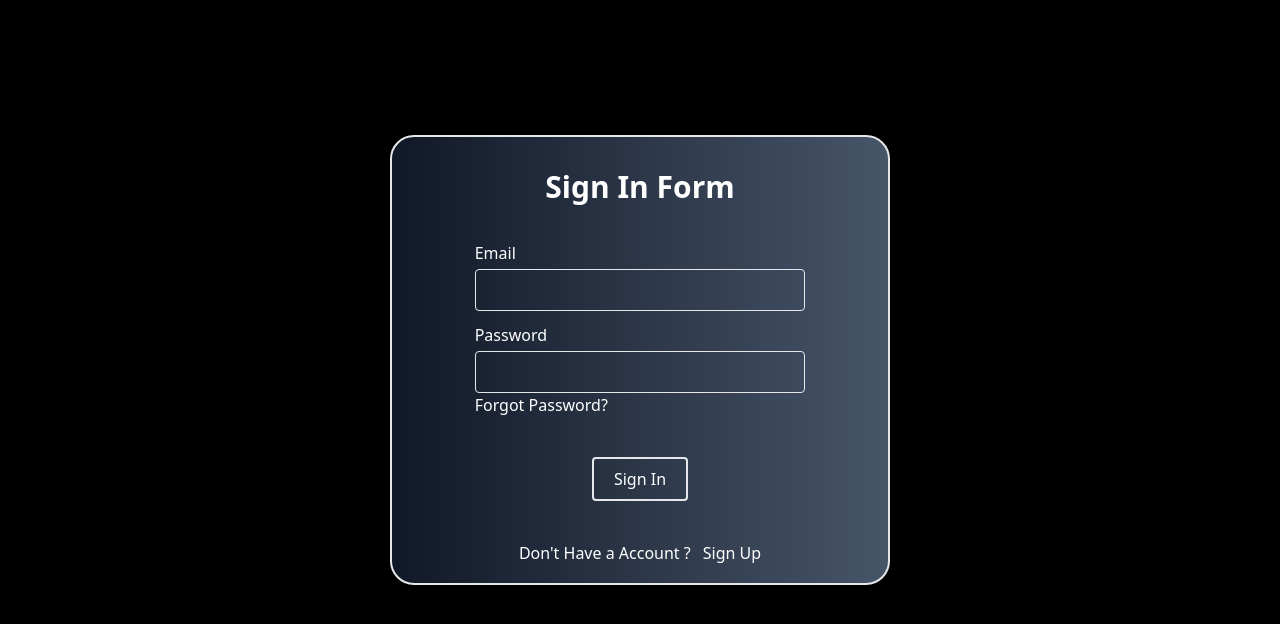
Repository: OmkarTidke8080/Assessment
Page: /sign-in (app in frontend/)
These files come from the project's save history. The page is drawn as it stood at one moment and after a run of saves; the edit follows.
The browser window is 1280 px wide. The pictures show the whole page.
The project was rebuilt for these pictures with package versions that can differ from the ones it lists, and the page was loaded fresh each time. Also part of the build but not shown: frontend/vite.config.js, frontend/src/components/HomePage.jsx, frontend/src/components/SignUp.jsx.

Above is the page before, as saved 2024-10-19 22:38:57.

### frontend/src/App.jsx
import { useEffect, useState } from "react";
import "./App.css";
import LandingPage from "./components/HomePage.jsx";
import SignUp from "./components/SignUp.jsx";
import { BrowserRouter, Routes, Route } from "react-router-dom";
import ScaleLoader from "react-spinners/ScaleLoader";
import SignIn from "./components/SignIn.jsx";

function App() {
  const [isLoading, setIsLoading] = useState(true);

  useEffect(() => {
    const timer = setTimeout(() => {
      setIsLoading(false);
    }, 2000);

    return () => clearTimeout(timer);
  });
  return (
    <>
      {isLoading ? (
        <div
          style={{
            display: "flex",
            justifyContent: "center",
            alignItems: "center",
            height: "100vh",
            backgroundColor: "#fff",
          }}
        >
          {" "}
          <ScaleLoader />
        </div>
      ) : (
        <BrowserRouter>
          <Routes>
            <Route path={"/"} element={<LandingPage />} />
            <Route path={"/sign-up"} element={<SignUp />} />
            <Route path={"/sign-in"} element={<SignIn />} />
          </Routes>
        </BrowserRouter>
      )}
    </>
  );
}

export default App;

### frontend/src/App.css
html, body {
  height: 100%;
  margin: 0;
}

#root {
  background: #000;
  min-height: 100vh; /* Use 100vh for full viewport height */
}

### frontend/src/components/SignIn.jsx
import React from "react";
import { useNavigate } from "react-router-dom";

function SignIn() {
  const navigate = useNavigate();

  return (
    <div className="flex justify-center items-center h-screen">
      <div className="form h-[450px] w-[500px] border-2 rounded-3xl text-white  bg-gradient-to-r from-gray-900 to-slate-600 ">
        <div className="form-heading text-center mt-8 mb-6">
          <h1 className="text-3xl font-bold text-white mb-2">Sign In Form</h1>
        </div>
        <form>
          <div className="flex justify-center">
            <div className="w-2/3">
              <div className="mt-3 w-full">
                <label htmlFor="email" className=" flex mb-1">
                  Email
                </label>
                <input
                  type="text"
                  id="email"
                  className="text-white bg-inherit w-full flex border rounded p-2"
                  required
                />
              </div>

              <div className="mt-3 w-full">
                <label htmlFor="username" className=" flex mb-1">
                  Password
                </label>
                <input
                  type="text"
                  id="FistName"
                  className="text-white bg-inherit w-full flex border rounded p-2"
                  required
                />
              </div>
              <div className="forgot-password">
                <button >
                   Forgot Password?
                </button>
              </div>
            </div>
          </div>

          <div className="sign-up-button flex justify-center m-10">
            <button className="border-2 rounded p-2 w-24 hover:border-green-700 ">
              Sign In
            </button>
          </div>
          <div className="AlreadyAccount flex justify-center gap-x-3">
            <h2>Don't Have a Account ?</h2>
            <button
              onClick={() => {
                navigate("/sign-up");
              }}
            >
              Sign Up
            </button>
          </div>
        </form>
      </div>
    </div>
  );
}

export default SignIn;

Loaded but not shown: frontend/index.html (common file); frontend/src/main.jsx (common file); frontend/src/index.css (common file); frontend/tailwind.config.js (common file)

After the next 3 saves:
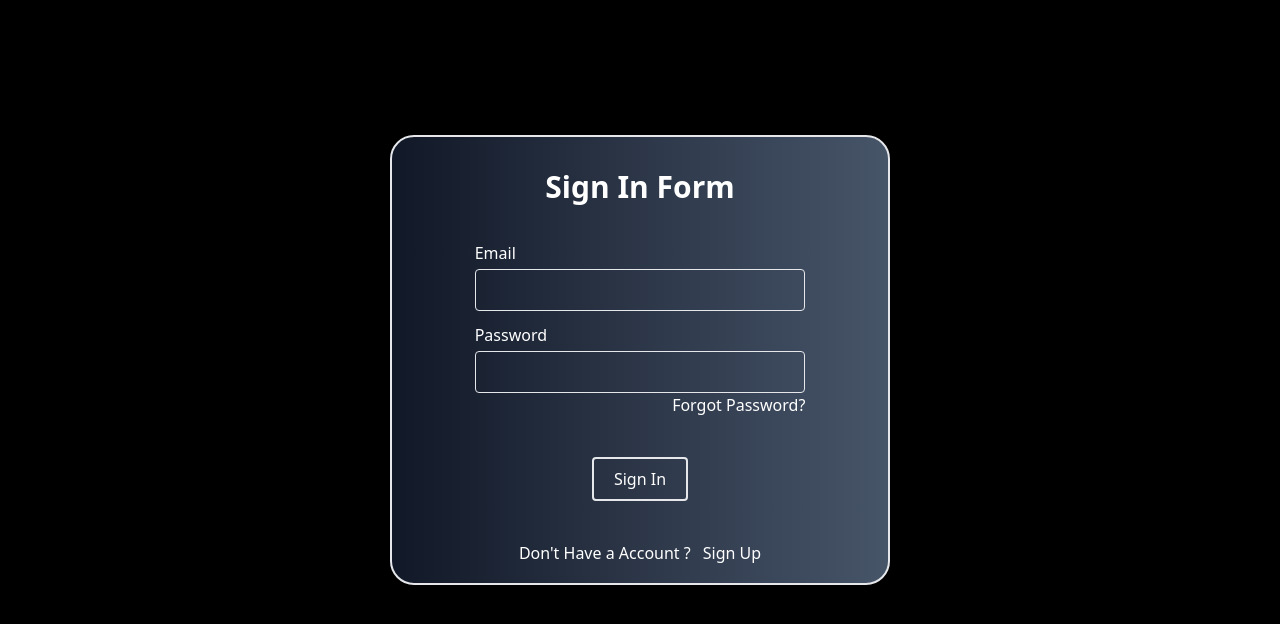
The 3 saves are shown as one change because they came seconds apart.
The last was saved 7 s later.
--- a/frontend/src/components/SignIn.jsx
+++ b/frontend/src/components/SignIn.jsx
@@ -36,7 +36,7 @@ function SignIn() {
                   required
                 />
               </div>
-              <div className="forgot-password">
+              <div className="forgot-password flex justify-end">
                 <button >
                    Forgot Password?
                 </button>
